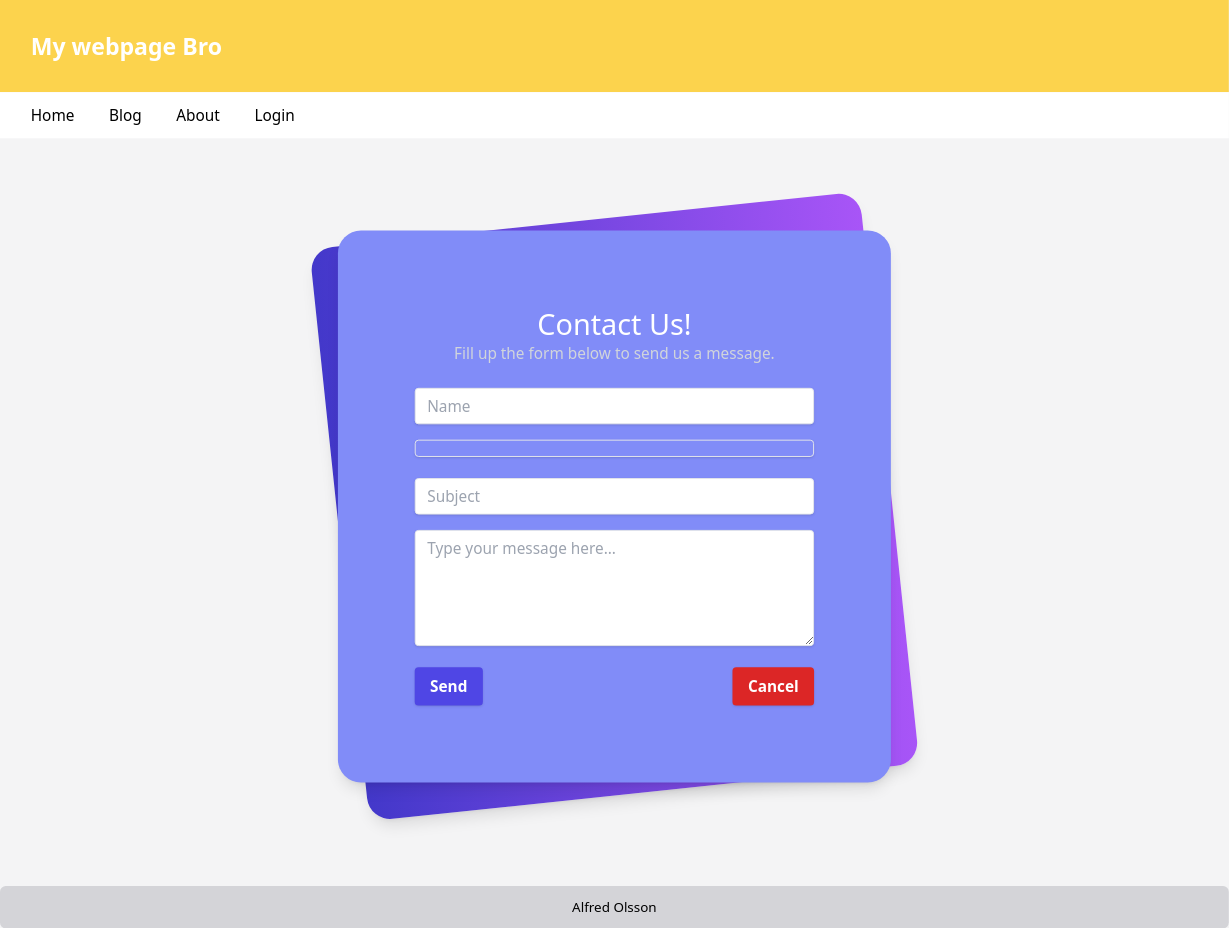
Repository: AlligatorAffe/NextWebsite
Page: /blogpostCreation
These files come from the project's save history. The page is drawn as it stood at one moment and after the next save; the edit follows.
The browser window is 1280 px wide. The pictures show the whole page, at 96% of full size.
The project was rebuilt for these pictures with package versions that can differ from the ones it lists, and the page was loaded fresh each time. The framework's server and built-in components were replaced by stand-ins that run in the browser. Also part of the build but not shown: next.config.js.

Above is the page before, as saved 2024-01-05 15:34:27.

After the next save:
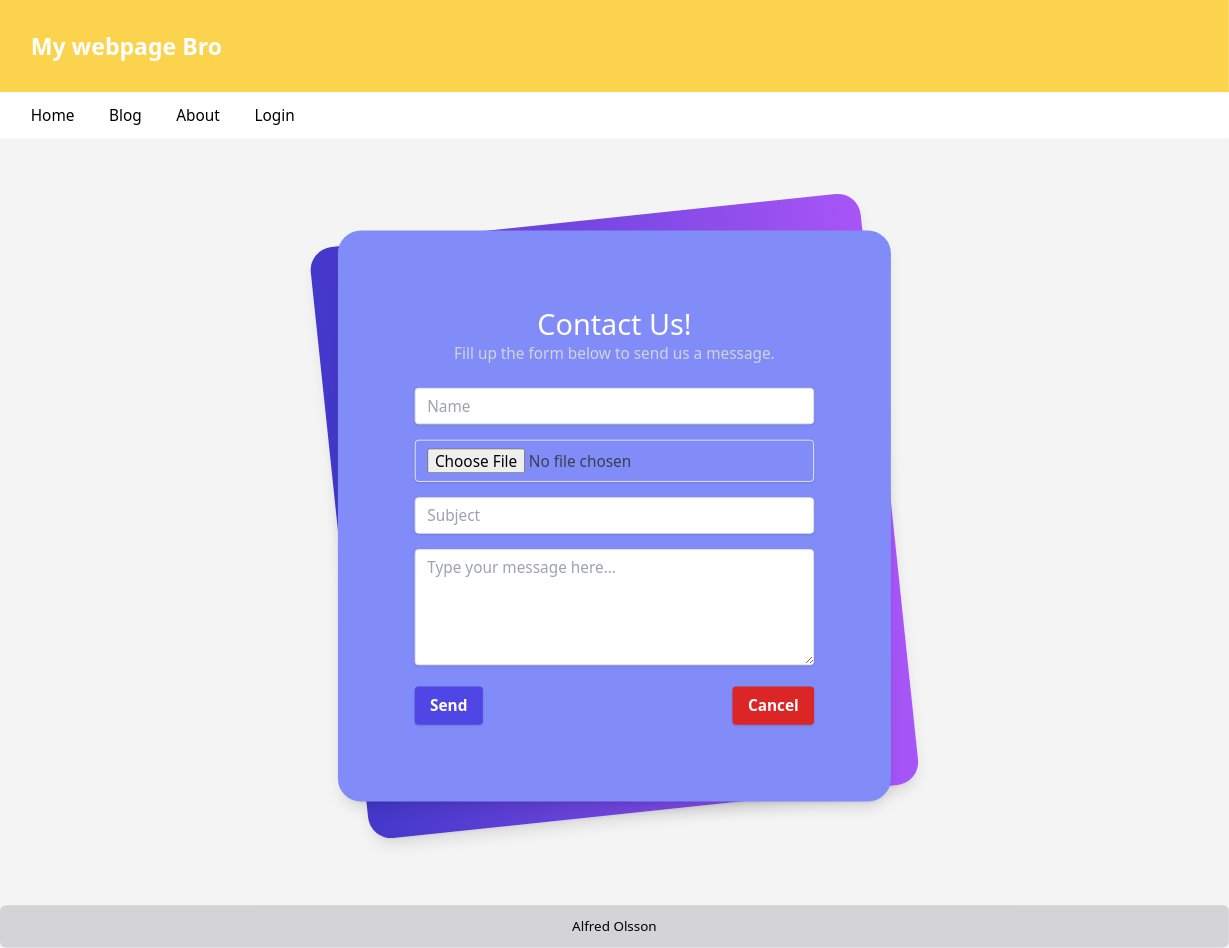
Saved 53 s later.
--- a/app/blogpostCreation/page.tsx
+++ b/app/blogpostCreation/page.tsx
@@ -81,9 +81,9 @@ export default function Page(){
 
   <input
     className="shadow mb-4 appearance-none border rounded w-full py-2 px-3 text-gray-700 leading-tight focus:outline-none focus:shadow-outline"
-    type="image"
+    type="file"
     placeholder="image"
-    name="image"
+    name="filename"
     value={newArticle.textBodyImage}
   />
 
